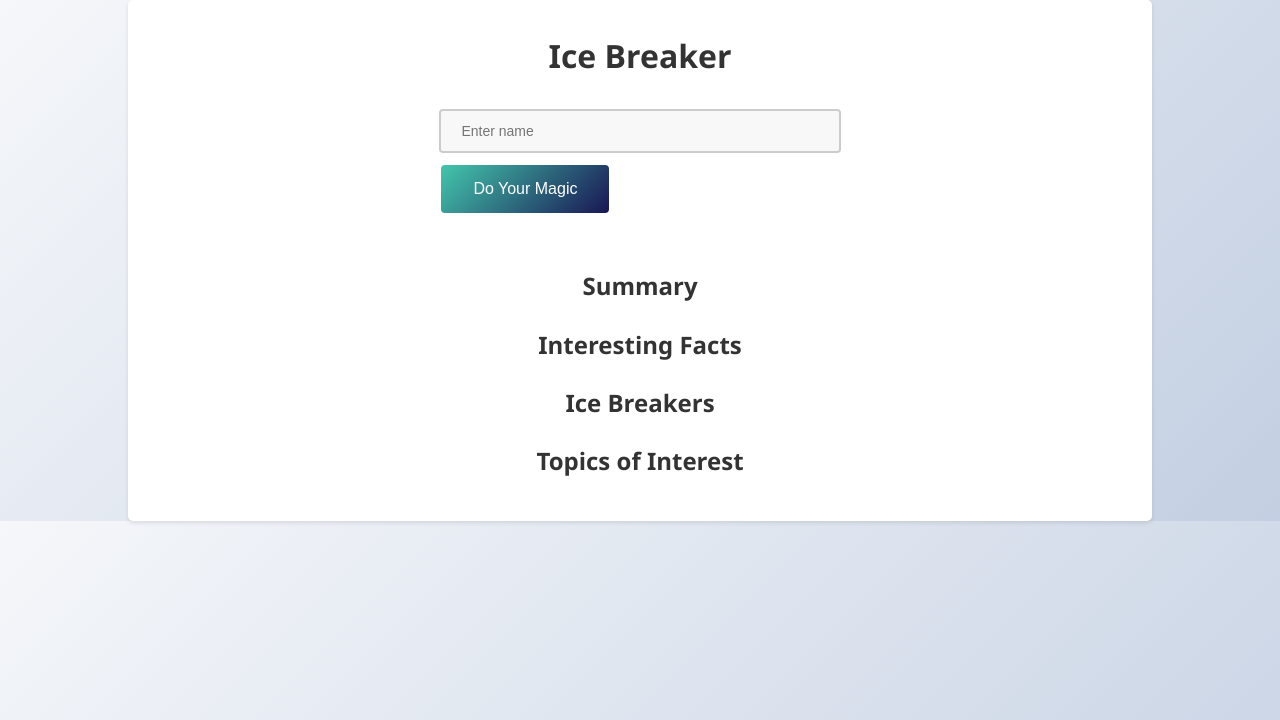
Repository: kunal02kb/Minor-Project-LangCahin
Page: http://localhost/
An editor plug-in stored every save of this project. The page is shown before and after the next save, followed by the edit.
The browser window is 1280 px wide. The pictures show the whole page.
Some web libraries are served in a nearby version. The page is served by the project's application, run on Flask 3 (app.py).

Above is the page before, as saved 2023-09-27 08:20:58.

After the next save:
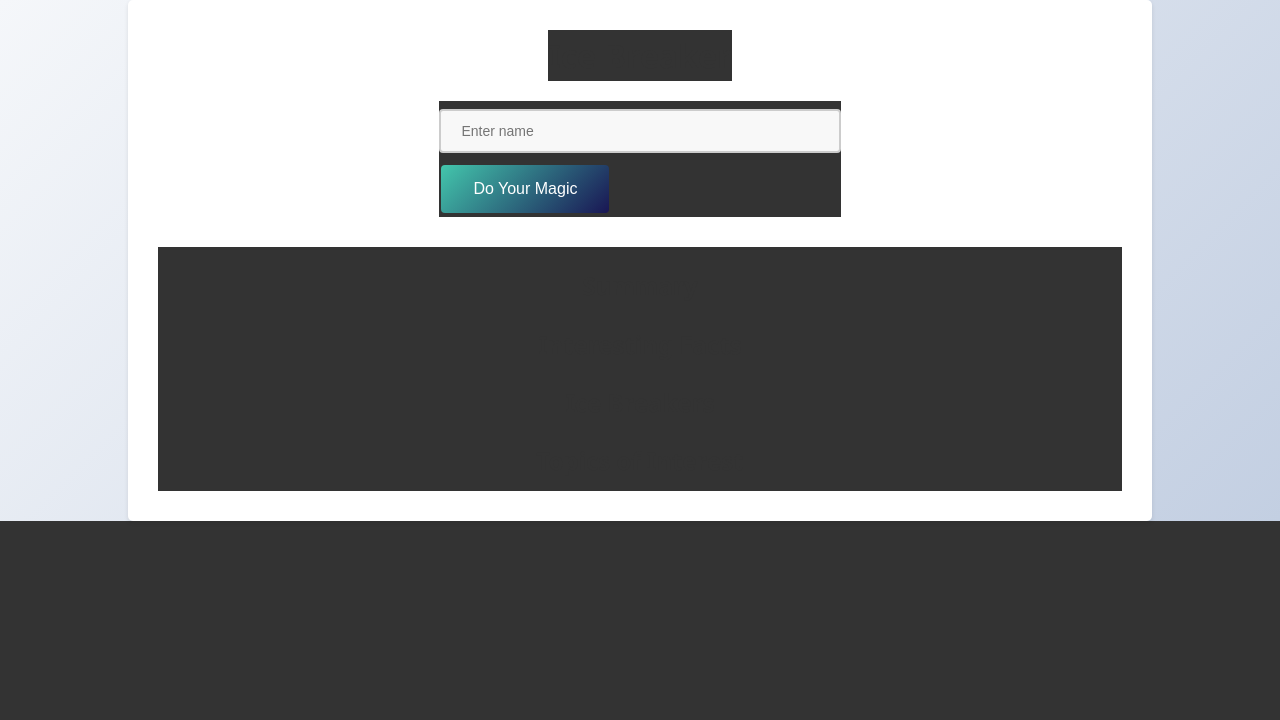
Saved 75 s later.
--- a/static/css/style.css
+++ b/static/css/style.css
@@ -3,6 +3,7 @@
     box-sizing: border-box;
     margin: 0;
     padding: 0;
+    background-color:#333
 }
 
 body {

After the save that followed:
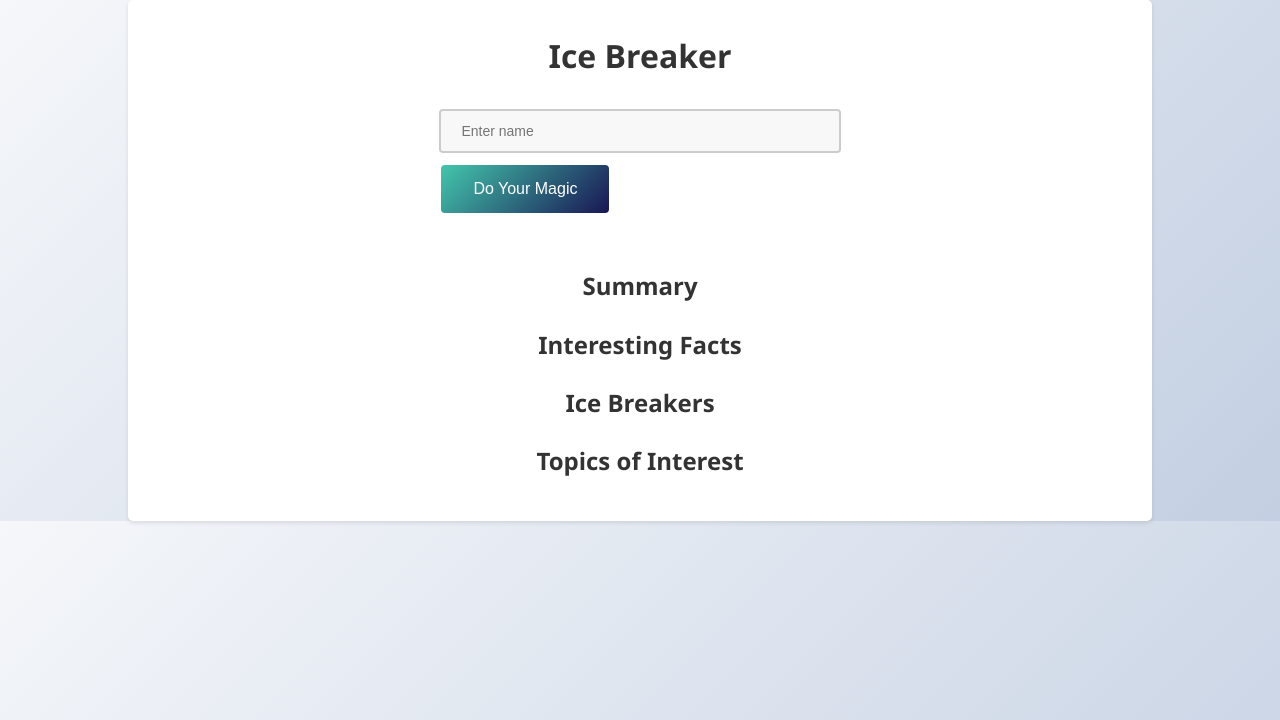
Saved 7 s later.
--- a/static/css/style.css
+++ b/static/css/style.css
@@ -3,7 +3,6 @@
     box-sizing: border-box;
     margin: 0;
     padding: 0;
-    background-color:#333
 }
 
 body {
